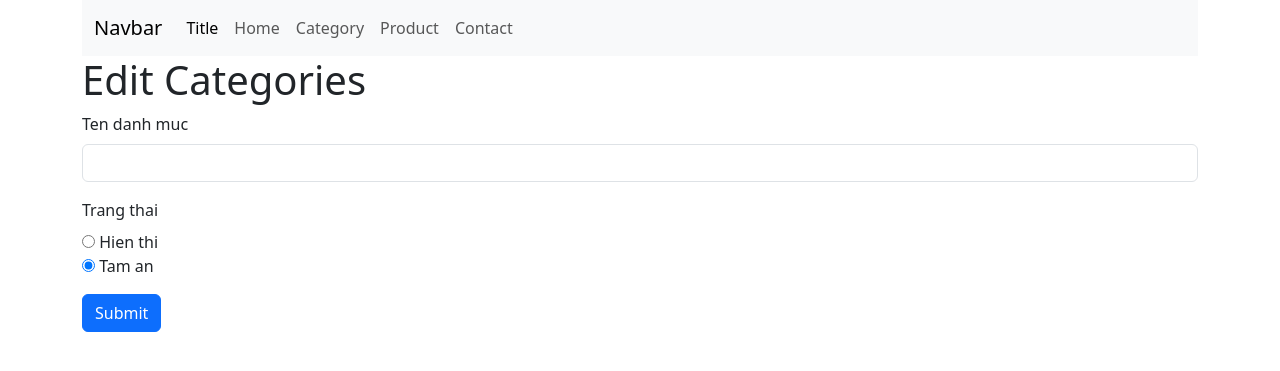
Repository: ndmq03102002/crud_laravel
Page: resources/views/admin/product/edit.blade.php
These files come from the project's save history. The page is drawn as it stood at one moment and after the next save; the edit follows.
The browser window is 1280 px wide. The pictures show the whole page.
The page is served by the project's Laravel application, run on PHP 8.4 with Laravel 10. Other server files are loaded and not shown. The template is opened directly, without the code that normally fills it, so the values that code supplies are empty.

Above is the page before, as saved 2024-07-12 12:33:24.

### routes/web.php
<?php

use App\Http\Controllers\HomeController;
use App\Http\Controllers\AdminController;
use Illuminate\Support\Facades\Route;
use App\Http\Controllers\ProductController;
use App\Http\Controllers\CategoryController;
/*
|--------------------------------------------------------------------------
| Web Routes
|--------------------------------------------------------------------------
|
| Here is where you can register web routes for your application. These
| routes are loaded by the RouteServiceProvider and all of them will
| be assigned to the "web" middleware group. Make something great!
|
*/

Route::group(['prefix' => ''], function () {
    Route::get('/', [HomeController::class, 'index'])->name('home.index');
});

Route::get('/admin/login', [AdminController::class, 'login'])->name('admin.login');
Route::post('/admin/login', [AdminController::class, 'Checklogin']);
Route::get('/admin/register', [AdminController::class, 'register'])->name('admin.register');
Route::post('/admin/register', [AdminController::class, 'Checkregister']);


Route::group(['prefix' => 'admin', 'middleware'=>'auth'], function () {
    Route::get('/', [AdminController::class, 'index'])->name('admin.index');
    Route::resources([
        'product' => ProductController::class,
        'category' => CategoryController::class,
    ]);
});

### resources/views/admin/product/edit.blade.php
@extends('admin.admin')

@section('main')

<h1>Edit Categories</h1>

<form action="{{route('category.update',$category->id)}}" method = 'post' role="form">
    @csrf @method('put')
    <div class="mb-3">
      <label for="exampleInputEmail1" class="form-label">Ten danh muc</label>
      <input type="text" class="form-control" value="{{$category->name}}" name='name' id="exampleInputEmail1" aria-describedby="emailHelp">

    </div>
    <div class="mb-3">
      <label for="exampleInputPassword1" class="form-label">Trang thai</label>
      <div class="radio">
        <label for="">
            <input type="radio" name="status" value="1" {{$category->status == 1 ? 'checked' : ''}}>
            Hien thi
        </label>
      </div>
      <div class="radio">
        <label for="">
            <input type="radio" name="status" value="0" {{$category->status == 0 ? 'checked' : ''}}>
            Tam an
        </label>
      </div>
    </div>

    <button type="submit" class="btn btn-primary">Submit</button>
  </form>



@endsection

### resources/views/admin/admin.blade.php
<!doctype html>
<html lang="en">
    <head>
        <title>Title</title>
        <!-- Required meta tags -->
        <meta charset="utf-8" />
        <meta
            name="viewport"
            content="width=device-width, initial-scale=1, shrink-to-fit=no"
        />

        <!-- Bootstrap CSS v5.2.1 -->
        <link
            href="https://cdn.jsdelivr.net/npm/bootstrap@5.3.2/dist/css/bootstrap.min.css"
            rel="stylesheet"
            integrity="sha384-T3c6CoIi6uLrA9TneNEoa7RxnatzjcDSCmG1MXxSR1GAsXEV/Dwwykc2MPK8M2HN"
            crossorigin="anonymous"
        />
    </head>

    <body>

        <div
            class="container"
        >
        <nav class="navbar navbar-expand-lg bg-body-tertiary">
            <div class="container-fluid">
              <a class="navbar-brand" href="#">Navbar</a>
              <button class="navbar-toggler" type="button" data-bs-toggle="collapse" data-bs-target="#navbarNav" aria-controls="navbarNav" aria-expanded="false" aria-label="Toggle navigation">
                <span class="navbar-toggler-icon"></span>
              </button>
              <div class="collapse navbar-collapse" id="navbarNav">
                <ul class="navbar-nav">
                  <li class="nav-item">
                    <a class="nav-link active" aria-current="page" href="#">Title</a>
                  </li>
                  <li class="nav-item">
                    <a class="nav-link" href="{{route('admin.index')}}">Home</a>
                  </li>
                  <li class="nav-item">
                    <a class="nav-link" href="{{route('category.index')}}">Category</a>
                  </li>
                  <li class="nav-item">
                    <a class="nav-link" href="{{route('product.index')}}">Product</a>
                  </li>
                    <li class="nav-item">
                        <a class="nav-link" href="#">Contact</a>
                    </li>
                </ul>
              </div>
            </div>
          </nav>

        </div>

        <div
            class="container"
        >
            @yield('main')
        </div>





        <script
            src="https://cdn.jsdelivr.net/npm/@popperjs/core@2.11.8/dist/umd/popper.min.js"
            integrity="sha384-I7E8VVD/ismYTF4hNIPjVp/Zjvgyol6VFvRkX/vR+Vc4jQkC+hVqc2pM8ODewa9r"
            crossorigin="anonymous"
        ></script>

        <script
            src="https://cdn.jsdelivr.net/npm/bootstrap@5.3.2/dist/js/bootstrap.min.js"
            integrity="sha384-BBtl+eGJRgqQAUMxJ7pMwbEyER4l1g+O15P+16Ep7Q9Q+zqX6gSbd85u4mG4QzX+"
            crossorigin="anonymous"
        ></script>
    </body>
</html>

After the next save:
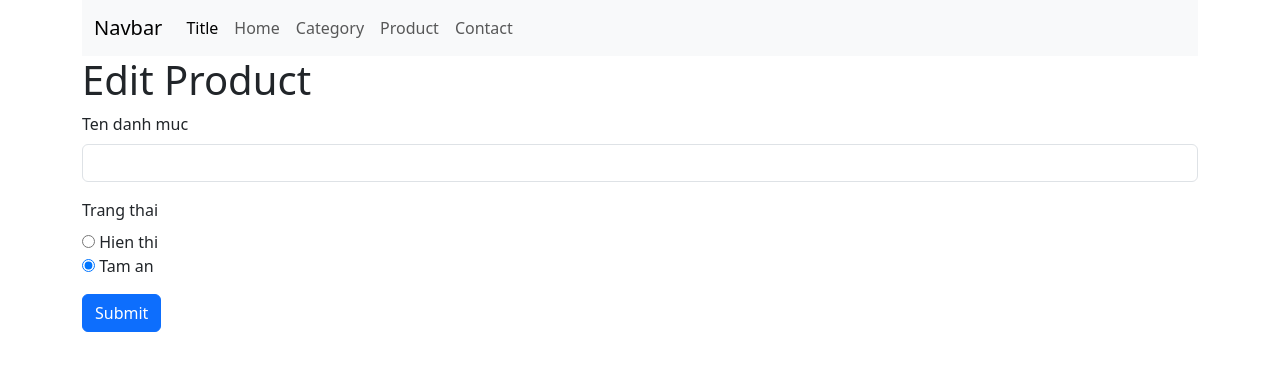
Saved 15 s later.
--- a/resources/views/admin/product/edit.blade.php
+++ b/resources/views/admin/product/edit.blade.php
@@ -2,7 +2,7 @@
 
 @section('main')
 
-<h1>Edit Categories</h1>
+<h1>Edit Product</h1>
 
 <form action="{{route('category.update',$category->id)}}" method = 'post' role="form">
     @csrf @method('put')
